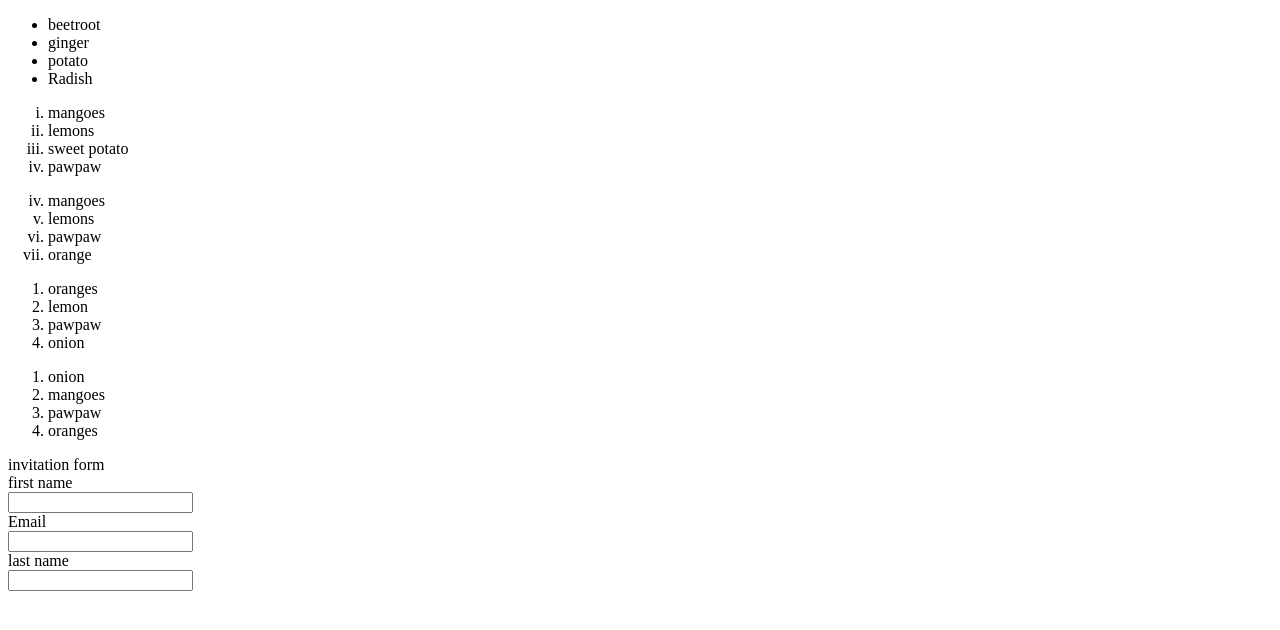
Repository: Okwahi/first--code-lessons
Page: Rinato.html
An editor plug-in stored every save of this project. The page is shown before and after the next save, followed by the edit.
The browser window is 1280 px wide. The pictures show the whole page.

Above is the page before, as saved 2023-03-09 11:49:33.

### Rinato.html
<!DOCTYPE html>
<html lang="en">
<head>
    <meta charset="UTF-8">
    <meta http-equiv="X-UA-Compatible" content="IE=edge">
    <meta name="viewport" content="width=device-width, initial-scale=1.0">
    <title>Document</title>
    <link rel="stylesheet" href="/Rinato.css">
</head>
<body>
    <ul type="triangle">
        <li>beetroot</li>
        <li>ginger</li>
        <li>potato</li>
        <li>Radish</li>
    </ul>
    <ol type="i">
        <li> mangoes</li>
        <li>lemons</li>
        <li>sweet potato</li>
        <li>pawpaw</li>

    </ol>
    <ol type="i" start="4">
        <li>mangoes</li>
        <li>lemons</li>
        <li>pawpaw</li>
        <li>orange</li>
    </ol>
    <ol type="1">
        <li>oranges</li>
        <li>lemon</li>
        <li>pawpaw</li>
        <li>onion</li>
    </ol>
<ol type="circle">
    <li>onion</li>
    <li>mangoes</li>
    <li>pawpaw</li>
    <li>oranges</li>
</ol>
    <form action=""> invitation form <br>
        <label for="first name"> first name</label><br>
        <input type="text" id="first name" name="first name"><br>
        <label for="Email">Email</label><br>
        <input type="Email" id="Email" name="Email"><br>
        <label for="last name">last name</label><br>
        <input type="text" id="last name"><br>
    </form>

Loaded but not shown: Rinato.css (common file)

After the next save:
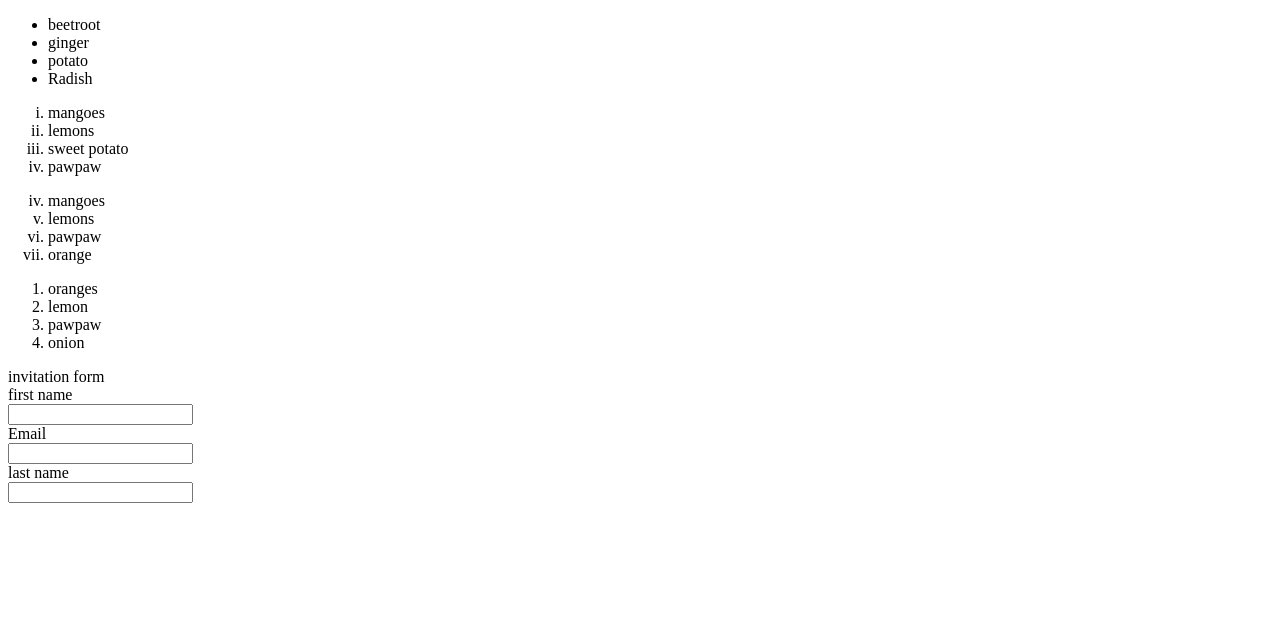
Saved 31 s later.
--- a/Rinato.html
+++ b/Rinato.html
@@ -34,10 +34,6 @@
         <li>onion</li>
     </ol>
 <ol type="circle">
-    <li>onion</li>
-    <li>mangoes</li>
-    <li>pawpaw</li>
-    <li>oranges</li>
 </ol>
     <form action=""> invitation form <br>
         <label for="first name"> first name</label><br>
